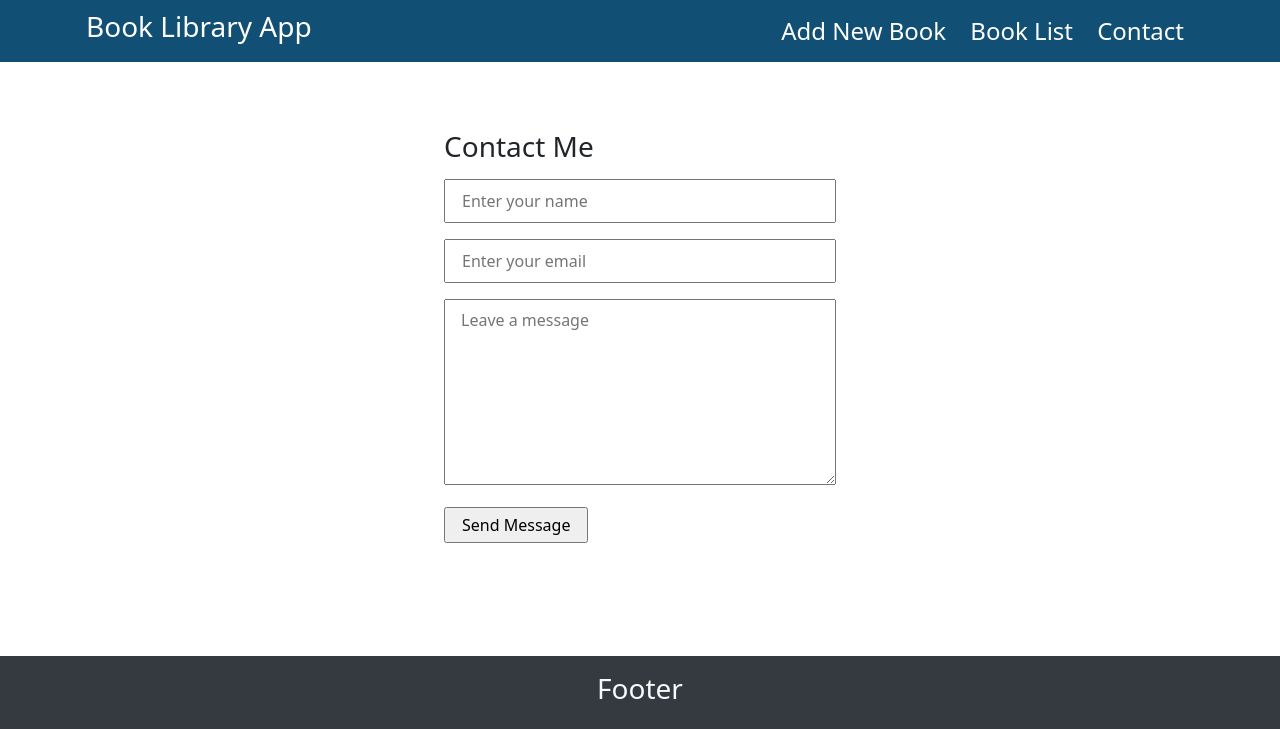
Repository: just-mann/booklibrary-app
Page: http://localhost/contact
These files come from the project's save history. The page is drawn as it stood at one moment and after the next save; the edit follows.
The browser window is 1280 px wide. The pictures show the whole page.
The page is served by the project's Node server (app.js).

Above is the page before, as saved 2021-06-06 04:52:10.

After the next save:
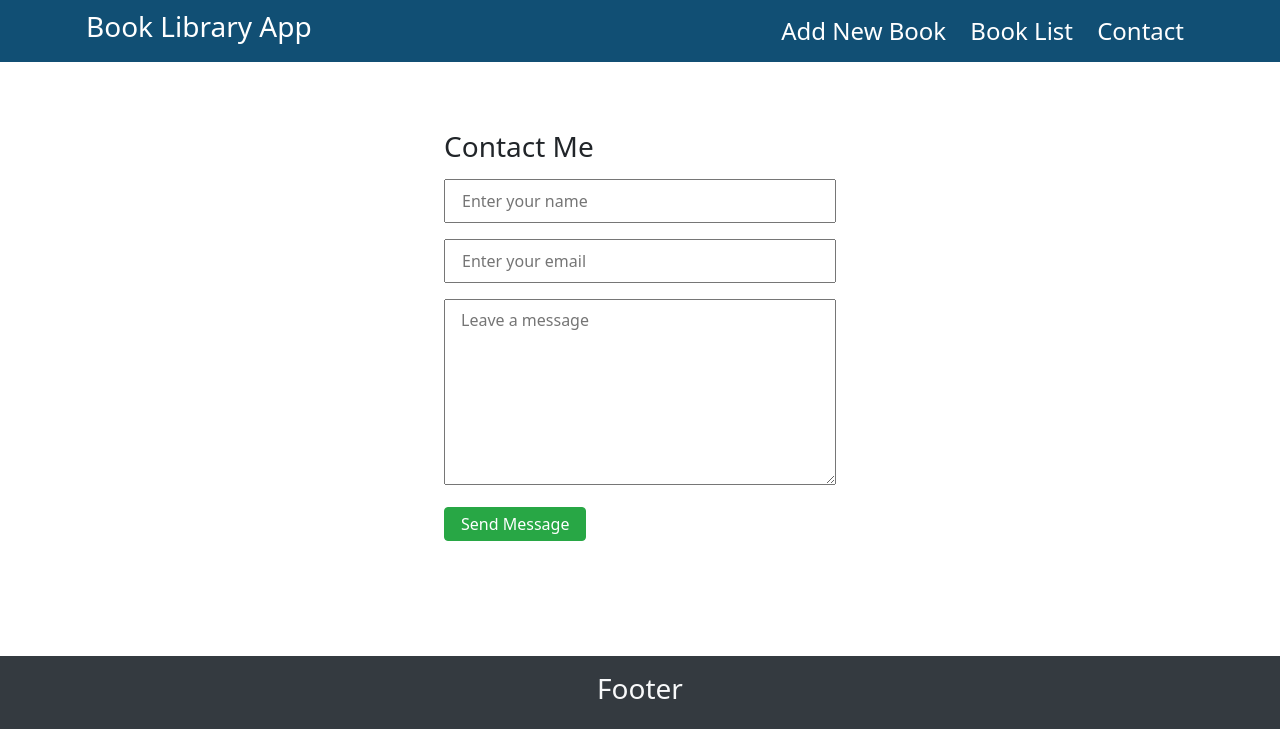
Saved 40 s later.
--- a/views/contact.ejs
+++ b/views/contact.ejs
@@ -17,7 +17,7 @@
                   <textarea class="px-3 py-2 w-100" name="message" id="" cols="30" rows="7" placeholder="Leave a message" required></textarea>
                 </div>
                 <div class="my-3">
-                  <input class="px-3 py-1 submitBtn" type="submit" value="Send Message">
+                  <input class="px-3 py-1 submitBtn btn btn-success" type="submit" value="Send Message">
                 </div>
             </form>
           </div>
